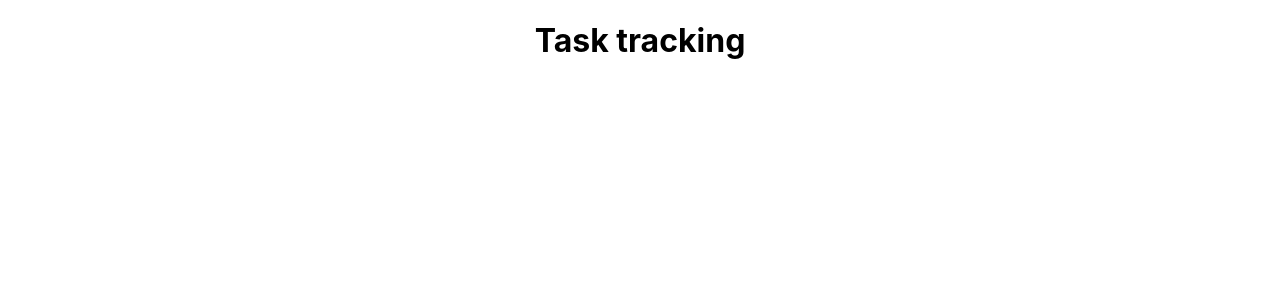
Repository: feyroozecode/task_tracker
Page: /
An editor plug-in stored every save of this project. The page is shown before and after the next save, followed by the edit.
The browser window is 1280 px wide. The pictures show the whole page.
The project was rebuilt for these pictures with package versions that can differ from the ones it lists, and the page was loaded fresh each time.

Above is the page before, as saved 2023-10-19 12:16:07.

After the next save:
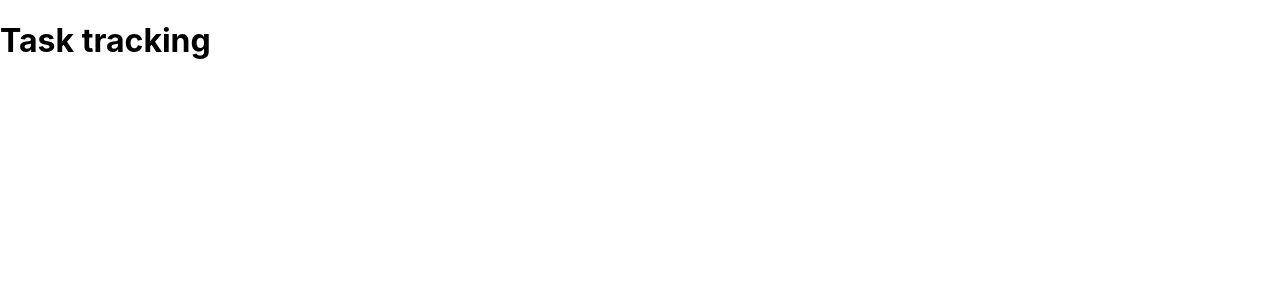
Saved 10 s later.
--- a/src/App.js
+++ b/src/App.js
@@ -4,7 +4,7 @@ function App() {
 
 
   return (
-    <div className="App">
+    <div className="container">
       <h1>Task tracking </h1>
 
     </div>
